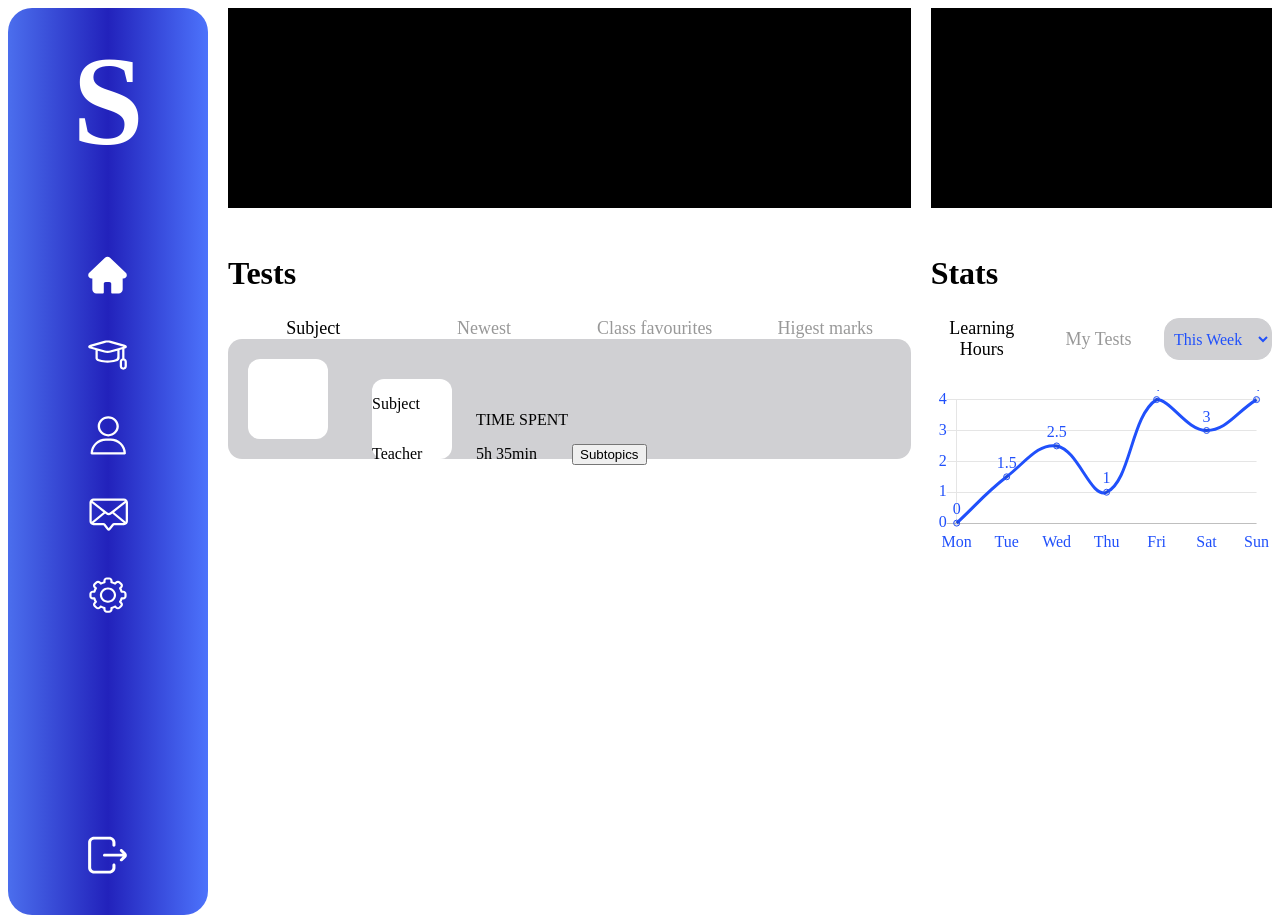
Repository: rafalzacher1/smartify-interface
Page: home.html
These files come from the project's save history. The page is drawn as it stood at one moment and after the next save; the edit follows.
The browser window is 1280 px wide. The pictures show the whole page.
Some web fonts or font styles are not loaded; a fallback is used. Some web libraries are served in a nearby version.

Above is the page before, as saved 2022-06-30 04:24:55.

### home.html
<!DOCTYPE html>
<html lang="en">

<head>
    <link rel="stylesheet" href="./styles/home.css">
    <link rel="stylesheet" href="./styles/search.css">
    <link rel="stylesheet" href="./styles/tests.css">
    <link rel="stylesheet" href="./styles/navigation.css">
    <link rel="stylesheet" href="./styles/user-header.css">
    <link rel="stylesheet" href="./styles/stats.css">
    <script src="https://cdnjs.cloudflare.com/ajax/libs/Chart.js/2.4.0/Chart.min.js"></script>
    <link rel="stylesheet" href="./styles/graphs.css">
    <link href='https://fonts.googleapis.com/css?family=Baloo Bhai' rel='stylesheet'>
    <link href='https://fonts.googleapis.com/css?family=Baloo Bhai' rel='stylesheet'>
</head>

<body>
    <div id="main-container">
        <div id="navigation-container">
            <h1>S</h1>

            <nav id="navigation-options">
                <svg width="27" height="25" viewBox="0 0 27 25" fill="none" xmlns="http://www.w3.org/2000/svg">
                    <path
                        d="M25.5018 10.9867C25.5012 10.9862 25.5006 10.9856 25.5 10.985L14.8668 0.890976C14.4135 0.460518 13.8109 0.223389 13.17 0.223389C12.529 0.223389 11.9264 0.460329 11.473 0.890787L0.845318 10.9797C0.841738 10.9831 0.838158 10.9867 0.834579 10.9901C-0.0961545 11.8788 -0.0945635 13.3206 0.839153 14.207C1.26574 14.6122 1.82915 14.8469 2.43154 14.8714C2.456 14.8737 2.48066 14.8748 2.50552 14.8748H2.92932V22.3034C2.92932 23.7734 4.1892 24.9694 5.73803 24.9694H9.89809C10.3197 24.9694 10.6618 24.6449 10.6618 24.2444V18.4204C10.6618 17.7496 11.2365 17.204 11.9431 17.204H14.3968C15.1034 17.204 15.6782 17.7496 15.6782 18.4204V24.2444C15.6782 24.6449 16.02 24.9694 16.4419 24.9694H20.6019C22.1508 24.9694 23.4106 23.7734 23.4106 22.3034V14.8748H23.8036C24.4444 14.8748 25.047 14.6379 25.5006 14.2074C26.4353 13.3195 26.4357 11.8752 25.5018 10.9867V10.9867Z"
                        fill="white" />
                </svg>

                <svg width="29" height="22" viewBox="0 0 29 22" fill="none" xmlns="http://www.w3.org/2000/svg">
                    <path
                        d="M26.4228 13.5237V6.40629L26.734 6.31764C27.9305 5.97676 28.1816 5.39965 28.1816 4.97552C28.1816 4.55139 27.9304 3.97428 26.734 3.63356L16.4958 0.717713C15.8653 0.538127 15.0388 0.43924 14.1689 0.43924C13.299 0.43924 12.4726 0.538127 11.8419 0.717713L1.60382 3.63356C0.407257 3.97428 0.156067 4.55139 0.156067 4.97557C0.156067 5.3997 0.407202 5.97686 1.60376 6.31769L5.43281 7.4082V13.2841C5.43281 14.0138 5.93239 15.0416 8.31243 15.7947C9.88887 16.2936 11.9687 16.5683 14.1688 16.5683C16.3689 16.5683 18.4487 16.2936 20.0252 15.7947C22.4053 15.0415 22.9049 14.0138 22.9049 13.2841V7.40825L24.7806 6.87402V13.5237C23.7595 13.8501 23.0217 14.767 23.0217 15.8451V19.1846C23.0217 20.5351 24.179 21.6338 25.6017 21.6338C27.0242 21.6338 28.1816 20.5351 28.1816 19.1846V15.8451C28.1817 14.767 27.4439 13.8501 26.4228 13.5237ZM12.3137 2.21089C12.7886 2.07563 13.4647 1.9981 14.1689 1.9981C14.873 1.9981 15.5492 2.07563 16.024 2.21084L25.7315 4.97557L21.8438 6.08282C21.8416 6.08349 21.8394 6.08406 21.8372 6.08474L16.024 7.74036C15.5493 7.87556 14.8731 7.95309 14.169 7.95309C13.4649 7.95309 12.7886 7.87556 12.3138 7.74036L6.50073 6.08474C6.49849 6.08406 6.4963 6.08349 6.49405 6.08282L2.60639 4.97557L12.3137 2.21089ZM21.2629 11.2372C21.2629 13.3846 20.9647 13.8541 19.506 14.3157C18.0926 14.763 16.1971 15.0093 14.1689 15.0093C12.1406 15.0093 10.2452 14.763 8.83178 14.3157C7.37313 13.8541 7.07493 13.3845 7.07493 13.2841V7.87582L11.842 9.23348C12.4726 9.41307 13.299 9.51196 14.1689 9.51196C15.0388 9.51196 15.8652 9.41307 16.4959 9.23348L21.2629 7.87582V11.2372ZM26.5395 19.1845C26.5395 19.6754 26.1188 20.0748 25.6017 20.0748C25.0846 20.0748 24.6639 19.6755 24.6639 19.1845V15.845C24.6639 15.3541 25.0846 14.9546 25.6017 14.9546C26.1189 14.9546 26.5395 15.3541 26.5395 15.845V19.1845Z"
                        fill="white" />
                </svg>

                <svg width="24" height="26" viewBox="0 0 24 26" fill="none" xmlns="http://www.w3.org/2000/svg">
                    <path
                        d="M12.1698 0.827911C8.37379 0.827911 5.28546 3.75975 5.28546 7.36343C5.28546 10.9671 8.37379 13.899 12.1698 13.899C15.9659 13.899 19.0542 10.9671 19.0542 7.36343C19.0542 3.75975 15.9659 0.827911 12.1698 0.827911ZM12.1698 12.4466C9.21735 12.4466 6.81532 10.1663 6.81532 7.36343C6.81532 4.56057 9.21735 2.28025 12.1698 2.28025C15.1223 2.28025 17.5243 4.56057 17.5243 7.36343C17.5243 10.1663 15.1223 12.4466 12.1698 12.4466Z"
                        fill="white" />
                    <path
                        d="M20.7353 18.1686C18.8505 16.3518 16.3519 15.3513 13.6997 15.3513H10.64C7.98784 15.3513 5.48917 16.3518 3.60439 18.1686C1.72883 19.9765 0.695923 22.3628 0.695923 24.8883C0.695923 25.2894 1.03841 25.6145 1.46085 25.6145H22.8789C23.3013 25.6145 23.6438 25.2894 23.6438 24.8883C23.6438 22.3628 22.6109 19.9765 20.7353 18.1686ZM2.25944 24.1621C2.64267 20.043 6.25497 16.8036 10.64 16.8036H13.6997C18.0848 16.8036 21.6971 20.043 22.0803 24.1621H2.25944Z"
                        fill="white" />
                </svg>


                <svg width="27" height="23" viewBox="0 0 27 23" fill="none" xmlns="http://www.w3.org/2000/svg">
                    <path
                        d="M24.1913 0.381134H3.77551C2.23533 0.381134 0.9823 1.57067 0.9823 3.0328V15.7608C0.9823 17.223 2.23533 18.4125 3.77551 18.4125H10.353C10.4332 18.4125 10.5096 18.4491 10.5573 18.5105L12.957 21.5991C13.1975 21.9087 13.5678 22.0872 13.9729 22.089H13.979C14.3819 22.089 14.7514 21.9139 14.9937 21.608L17.4479 18.5087C17.4956 18.4484 17.5715 18.4124 17.6509 18.4124H24.1913C25.7315 18.4124 26.9845 17.2229 26.9845 15.7608V3.03276C26.9845 1.57063 25.7315 0.381134 24.1913 0.381134ZM25.4609 15.7608C25.4609 15.8747 25.4439 15.9848 25.4127 16.0892L17.5863 9.57636L25.4609 3.37251V15.7608ZM24.1913 1.8275C24.4235 1.8275 24.6413 1.88728 24.8287 1.99108L14.7964 9.8948C14.3265 10.265 13.6446 10.265 13.1747 9.8948L3.14064 1.98969C3.32753 1.88675 3.54433 1.8275 3.77551 1.8275H24.1913ZM2.55416 16.0892C2.52293 15.9848 2.50587 15.8747 2.50587 15.7608V3.36913L10.3826 9.57457L2.55416 16.0892ZM16.2301 17.6396L13.9808 20.4801L11.7834 17.6519C11.4498 17.2225 10.915 16.9661 10.3529 16.9661H3.81172L11.5698 10.5099L12.2017 11.0078C12.7186 11.415 13.3519 11.6185 13.9855 11.6185C14.6189 11.6185 15.2525 11.4148 15.7693 11.0078L16.399 10.5117L24.155 16.9661H17.6509C17.0952 16.9661 16.5641 17.2178 16.2301 17.6396Z"
                        fill="white" />
                </svg>

                <svg width="28" height="25" viewBox="0 0 28 25" fill="none" xmlns="http://www.w3.org/2000/svg">
                    <path
                        d="M14.8013 24.9227H13.1654C11.8422 24.9227 10.7657 23.9008 10.7657 22.6447V22.1193C10.2032 21.9486 9.65665 21.7333 9.13159 21.4753L8.73937 21.8477C7.7894 22.7506 6.2677 22.7241 5.34533 21.8473L4.18907 20.7497C3.26507 19.8735 3.23849 18.4294 4.18937 17.5277L4.58129 17.1556C4.30958 16.6571 4.08276 16.1384 3.90299 15.6043H3.34958C2.02648 15.6043 0.949951 14.5823 0.949951 13.3262V11.7731C0.949951 10.517 2.02648 9.4951 3.34963 9.4951H3.90304C4.08281 8.96103 4.30963 8.44223 4.58134 7.94378L4.18912 7.57148C3.2388 6.67028 3.26502 5.22602 4.18942 4.34942L5.34579 3.2517C6.2703 2.37283 7.79164 2.35089 8.73978 3.25199L9.13165 3.624C9.6567 3.3661 10.2032 3.15073 10.7658 2.98007V2.4547C10.7658 1.1986 11.8422 0.176666 13.1654 0.176666H14.8014C16.1245 0.176666 17.201 1.1986 17.201 2.4547V2.98012C17.7636 3.15073 18.3101 3.3661 18.8351 3.62405L19.2274 3.2517C20.1773 2.34876 21.699 2.37525 22.6214 3.25204L23.7777 4.34966C24.7017 5.22587 24.7283 6.66999 23.7774 7.57172L23.3854 7.94378C23.6572 8.44223 23.884 8.96098 24.0637 9.4951H24.6172C25.9403 9.4951 27.0168 10.517 27.0168 11.7731V13.3262C27.0168 14.5823 25.9403 15.6043 24.6172 15.6043H24.0637C23.884 16.1383 23.6572 16.6571 23.3854 17.1556L23.7777 17.5279C24.728 18.4291 24.7018 19.8734 23.7774 20.75L22.621 21.8477C21.6965 22.7266 20.1751 22.7485 19.227 21.8474L18.8351 21.4754C18.3101 21.7333 17.7636 21.9487 17.201 22.1193V22.6448C17.201 23.9008 16.1245 24.9227 14.8013 24.9227V24.9227ZM9.38692 19.9527C10.1163 20.3622 10.9014 20.6716 11.7203 20.8722C12.0575 20.9548 12.2931 21.2436 12.2931 21.5742V22.6447C12.2931 23.1013 12.6845 23.4727 13.1654 23.4727H14.8014C15.2824 23.4727 15.6737 23.1013 15.6737 22.6447V21.5742C15.6737 21.2436 15.9093 20.9548 16.2466 20.8722C17.0655 20.6716 17.8505 20.3622 18.5799 19.9527C18.8801 19.7842 19.2621 19.8301 19.5087 20.0641L20.3074 20.8224C20.6518 21.1497 21.2048 21.1421 21.5407 20.8227L22.6978 19.7243C23.0329 19.4066 23.0441 18.8815 22.6981 18.5535L21.899 17.7949C21.6525 17.5609 21.6042 17.1981 21.7817 16.9133C22.213 16.2208 22.5389 15.4756 22.7502 14.6981C22.8373 14.378 23.1414 14.1544 23.4897 14.1544H24.6172C25.0982 14.1544 25.4895 13.7829 25.4895 13.3263V11.7732C25.4895 11.3166 25.0982 10.9451 24.6172 10.9451H23.4897C23.1414 10.9451 22.8373 10.7214 22.7502 10.4013C22.5389 9.6239 22.213 8.87862 21.7817 8.18622C21.6042 7.90135 21.6525 7.53857 21.899 7.30454L22.6978 6.54626C23.0431 6.21886 23.0341 5.69397 22.6981 5.37541L21.5411 4.27707C21.2058 3.95827 20.6527 3.94894 20.3078 4.27678L19.5088 5.03535C19.2622 5.26942 18.88 5.31524 18.58 5.14675C17.8506 4.73724 17.0655 4.42786 16.2466 4.22724C15.9094 4.14464 15.6738 3.8559 15.6738 3.52526V2.4547C15.6738 1.99811 15.2824 1.62663 14.8014 1.62663H13.1655C12.6845 1.62663 12.2932 1.99811 12.2932 2.4547V3.52516C12.2932 3.8558 12.0576 4.14454 11.7203 4.22714C10.9014 4.42777 10.1164 4.73714 9.38697 5.14666C9.08679 5.3151 8.7047 5.26928 8.45818 5.03525L7.65948 4.27697C7.31511 3.94966 6.76205 3.95725 6.42619 4.27663L5.26911 5.37503C4.93401 5.69276 4.92281 6.21779 5.26881 6.54587L6.06787 7.30445C6.31438 7.53847 6.36265 7.90125 6.18522 8.18612C5.75385 8.87852 5.42801 9.62381 5.21667 10.4012C5.12961 10.7214 4.82547 10.945 4.47723 10.945H3.34963C2.86867 10.9451 2.47731 11.3165 2.47731 11.7731V13.3262C2.47731 13.7828 2.86867 14.1543 3.34963 14.1543H4.47718C4.82547 14.1543 5.12956 14.378 5.21662 14.6981C5.42796 15.4755 5.75385 16.2208 6.18517 16.9132C6.3626 17.1981 6.31433 17.5609 6.06782 17.7949L5.26906 18.5532C4.92378 18.8806 4.93279 19.4055 5.26876 19.724L6.42573 20.8224C6.76109 21.1412 7.31419 21.1505 7.65907 20.8226L8.45808 20.0641C8.63974 19.8917 9.01765 19.7454 9.38692 19.9527V19.9527Z"
                        fill="white" />
                    <path
                        d="M13.9834 17.9339C10.856 17.9339 8.31177 15.5185 8.31177 12.5497C8.31177 9.58082 10.856 7.16547 13.9834 7.16547C17.1107 7.16547 19.6549 9.58082 19.6549 12.5497C19.6549 15.5185 17.1107 17.9339 13.9834 17.9339ZM13.9834 8.61543C11.6982 8.61543 9.83912 10.3803 9.83912 12.5497C9.83912 14.719 11.6982 16.4839 13.9834 16.4839C16.2685 16.4839 18.1276 14.719 18.1276 12.5497C18.1276 10.3803 16.2685 8.61543 13.9834 8.61543Z"
                        fill="white" />
                </svg>


                <svg id="logout" width="27" height="26" viewBox="0 0 27 26" fill="none"
                    xmlns="http://www.w3.org/2000/svg">
                    <path
                        d="M18.5379 19.6672V21.6084C18.5379 23.7492 16.7034 25.4907 14.4484 25.4907H4.1734C1.91837 25.4907 0.0838623 23.7492 0.0838623 21.6084V4.52618C0.0838623 2.38541 1.91837 0.64386 4.1734 0.64386H14.4484C16.7034 0.64386 18.5379 2.38541 18.5379 4.52618V6.46734C18.5379 7.00343 18.0802 7.43792 17.5155 7.43792C16.9508 7.43792 16.4932 7.00343 16.4932 6.46734V4.52618C16.4932 3.45589 15.5758 2.58502 14.4484 2.58502H4.1734C3.04598 2.58502 2.12863 3.45589 2.12863 4.52618V21.6084C2.12863 22.6787 3.04598 23.5495 4.1734 23.5495H14.4484C15.5758 23.5495 16.4932 22.6787 16.4932 21.6084V19.6672C16.4932 19.1311 16.9508 18.6966 17.5155 18.6966C18.0802 18.6966 18.5379 19.1311 18.5379 19.6672ZM25.5083 11.4L23.2189 9.22667C22.8196 8.84753 22.1722 8.84753 21.773 9.22667C21.3736 9.60561 21.3736 10.2202 21.773 10.5991L23.4014 12.1452H11.1256C10.5609 12.1452 10.1032 12.5797 10.1032 13.1158C10.1032 13.6519 10.5609 14.0864 11.1256 14.0864H23.4014L21.773 15.6325C21.3736 16.0114 21.3736 16.626 21.773 17.005C21.9727 17.1945 22.2343 17.2893 22.4959 17.2893C22.7577 17.2893 23.0192 17.1945 23.2189 17.005L25.5083 14.8316C26.5049 13.8854 26.5049 12.3462 25.5083 11.4Z"
                        fill="white" />
                </svg>
            </nav>
        </div>

        <div id="user-header-container">

        </div>

        <div id="search-container">

        </div>

        <div id="tests-container">
            <div>
                <h2>Tests</h2>

                <div id="test-options">
                    <button id="subject-option" class="test-option" onclick="showSubjectTests()">Subject</button>
                    <button id="newest-option" class="test-option" onclick="showNewstTests()"
                        style="opacity: 0.4;">Newest</button>
                    <button id="favourites-option" class="test-option" onclick="showFavorites()"
                        style="opacity: 0.4;">Class favourites</button>
                    <button id="highest-marks-option" class="test-option" onclick="showHighestMarks()"
                        style="opacity: 0.4;">Higest marks</button>
                </div>

                <div class="class">
                    <div class="class-image">

                    </div>

                    <div class="class-info">
                        <p>Subject</p>
                        <p>Teacher</p>
                    </div>

                    <div class="class-time-spent">
                        <p>TIME SPENT</p>
                        <p>5h 35min</p>
                    </div>

                    <div class="class-subtopics">
                        <button>Subtopics</button>
                    </div>
                </div>
            </div>
        </div>

        <div id="stats-container">
            <div class="stats-options-container">
                <h2>Stats</h2>

                <div id="stats-options">
                    <button id="learning-hours-option" class="stat-option" onclick="showLearningHoursGraph()">Learning
                        Hours</button>
                    <button id="tests-option" class="stat-option" onclick="showTestsGraph()" style="opacity: 0.4;">My
                        Tests</button>

                    <select id="graphs">
                        <option value="week" onchange="">This Week</option>
                        <option value="month">This Month</option>
                    </select>
                </div>
            </div>

            <canvas id="learning-hours"></canvas>
            <canvas id="tests" style="display: none"></canvas>
        </div>
    </div>

    <script src="./scripts/learningHours.js"></script>
    <script src="./scripts/tests.js"></script>
</body>

<script src="./scripts/activeLinks.js">
</script>

</html>

### styles/home.css
#main-container {
    display: grid;
    grid-template-columns: 2fr 8fr 4fr;
    grid-template-rows: 200px 200px 200px;
    gap: 20px;
}

### styles/search.css
#search-container {
    grid-column: 3;
    grid-row: 1;
    background-color: black;
}

### styles/tests.css
#tests-container {
  grid-column: 2;
  grid-row: 2 / 5;
}

#tests-container h2 {
  font-family: "Baloo Bhai";
  font-size: 32px;
}

#test-options {
  display: flex;
  justify-content: space-between;
  font-family: "Baloo Bhai";
  font-size: 16px;
}

.test-option,
input[type="submit"],
input[type="reset"] {
  background: none;
  color: inherit;
  border: none;
  padding: 0;
  font: inherit;
  cursor: pointer;
  outline: inherit;
  width: 30%;
  font-family: "Baloo Bhai";
  font-size: 18px;
}

.class {
  background-color: #d0d0d3;
  height: 120px;
  width: 100%;
  border-radius: 14px;
  position: relative;
}

.class-image {
  display: inline-block;
  background-color: #ffffff;
  width: 80px;
  height: 80px;
  margin: 20px;
  border-radius: 12px;
}

.class-info {
  /* display: inline-block;
  text-align: center;
  margin: 20px; */
  display: inline-block;
  background-color: #ffffff;
  width: 80px;
  height: 80px;
  margin: 20px;
  border-radius: 12px;
}

.class-info p {
    display: inline-block;
}

.class-time-spent {
  display: inline-block;
}

.class-subtopics {
  display: inline-block;
}

### styles/navigation.css
#navigation-container {
  font-family: "Baloo Bhai";
  font-size: 26px;
  background: rgb(32, 80, 251);
  background: linear-gradient(
    90deg,
    rgba(30, 74, 233, 0.8) 0%,
    rgba(10, 10, 180, 0.9) 50%,
    rgba(32, 80, 251, 0.8) 100%
  );
  border-radius: 24px;
  width: 200px;
  height: 100%;
  text-align: center;
  display: inline-block;
  grid-column: 1;
  grid-row: 1 / 5;
}

#navigation-container h1 {
  font-family: "Baloo Bhai";
  font-size: 128px;
  color: #ffffff;
  margin: 0;
  padding-top: 20px;
  padding-bottom: 60px;
}

#navigation-options svg {
  margin-left: auto;
  margin-right: auto;
  display: block;
  padding: 20px;
  height: 40px;
  width: 40px;
}

#navigation-options svg:hover {
  opacity: 0.4;
}

#logout {
  margin-top: 180px;
  margin-bottom: 20px;
}

### styles/user-header.css
#user-header-container {
    grid-column: 2;
    grid-row: 1;
    background-color: black;
}

### styles/stats.css
#stats-container {
    grid-column: 3;
    grid-row: 2 / 4;
}

### styles/graphs.css
.stats-container {
  position: relative;
  width: 40vw;
}

.stats-options-container {
    margin-bottom: 30px;
}

.stats-options-container h2 {
  font-family: "Baloo Bhai";
  font-size: 32px;
}

#stats-options {
  display: flex;
  justify-content: space-between;
  font-family: "Baloo Bhai";
  font-size: 16px;
}

.stat-option,
input[type="submit"],
input[type="reset"] {
  background: none;
  color: inherit;
  border: none;
  padding: 0;
  font: inherit;
  cursor: pointer;
  outline: inherit;
  width: 30%;
  font-family: "Baloo Bhai";
  font-size: 18px;
}

#graphs select {
  font-family: "Baloo Bhai";
  font-size: 26px;
  border: 1px solid #D0D0D3;
}
#graphs {
  font-family: "Baloo Bhai";
  font-size: 16px;
  color: #2050FB;
  padding: 5px;
  border: 1px solid #D0D0D3;
  border-radius: 15px;
  overflow: hidden;
  background: #D0D0D3;
}

#tests {
  width: 80%;
}

### scripts/learningHours.js
// if (document.getElementById("graphs").value == "week") {
//   var dt = new Date();
//   var month = dt.getMonth();
//   var year = dt.getFullYear();
//   console.log(new Date(year, month + 1, 0).getDate());
// }

// if (document.getElementById("graphs").value == "month") {
//   console.log("test");
// }

// Data define for bar chart
var learningData = {
  labels: ["Mon", "Tue", "Wed", "Thu", "Fri", "Sat", "Sun"],
  datasets: [
    {
      fill: false,
      borderColor: "#2050FB",
      data: [0, 1.5, 2.5, 1, 4, 3, 4],
    },
  ],
};
// Options to display value on top of bars
var learningOption = {
  legend: { display: false },
  scales: {
    xAxes: [
      {
        ticks: {
          fontColor: "#2050FB",
          fontSize: 16,
          fontFamily: "Baloo Bhai",
          stepSize: 1,
          beginAtZero: true,
        },
        gridLines: {
          display: false,
        },
      },
    ],
    yAxes: [
      {
        ticks: {
          fontColor: "#2050FB",
          fontSize: 16,
          fontFamily: "Baloo Bhai",
          stepSize: 1,
          beginAtZero: true,
        },
      },
    ],
  },
  tooltips: {
    enabled: true,
  },
  animation: {
    onComplete: function () {
      var chartInstance = this.chart,
        ctx = chartInstance.ctx;
      ctx.textAlign = "center";
      ctx.fillStyle = "#2050FB";
      ctx.textBaseline = "bottom";
      this.data.datasets.forEach(function (dataset, i) {
        var meta = chartInstance.controller.getDatasetMeta(i);
        meta.data.forEach(function (bar, index) {
          var data = dataset.data[index];
          ctx.fillText(data, bar._model.x, bar._model.y - 5);
        });
      });
    },
  },
};

//Code to drow Chart
var ctx = document.getElementById("learning-hours").getContext("2d");
var LearningHoursChar = new Chart(ctx, {
  type: "line", // Define chart type
  data: learningData, // Chart data
  options: learningOption, // Chart Options [This is optional paramenter use to add some extra things in the chart].
});

### scripts/activeLinks.js
function showLearningHoursGraph() {
    document.getElementById("learning-hours-option").style.opacity = 1;
    document.getElementById("tests-option").style.opacity = 0.4;

    document.getElementById("learning-hours").style.display = "block";
    document.getElementById("tests").style.display = "none";
}

function showTestsGraph() {
    document.getElementById("learning-hours-option").style.opacity = 0.4;
    document.getElementById("tests-option").style.opacity = 1;

    document.getElementById("learning-hours").style.display = "none";
    document.getElementById("tests").style.display = "block";
}

function showSubjectTests() {
    document.getElementById("subject-option").style.opacity=1;

    document.getElementById("newest-option").style.opacity=0.4;
    document.getElementById("favourites-option").style.opacity=0.4;
    document.getElementById("highest-marks-option").style.opacity=0.4;
}

function showNewstTests() {
    document.getElementById("newest-option").style.opacity=1;

    document.getElementById("subject-option").style.opacity=0.4;
    document.getElementById("favourites-option").style.opacity=0.4;
    document.getElementById("highest-marks-option").style.opacity=0.4;
}

function showFavorites() {
    document.getElementById("favourites-option").style.opacity=1;

    document.getElementById("newest-option").style.opacity=0.4;
    document.getElementById("subject-option").style.opacity=0.4;
    document.getElementById("highest-marks-option").style.opacity=0.4;
}

function showHighestMarks() {
    document.getElementById("highest-marks-option").style.opacity=1;

    document.getElementById("newest-option").style.opacity=0.4;
    document.getElementById("favourites-option").style.opacity=0.4;
    document.getElementById("subject-option").style.opacity=0.4;
}

Loaded but not shown: scripts/tests.js (no copy from this time; the picture is the same without it)

After the next save:
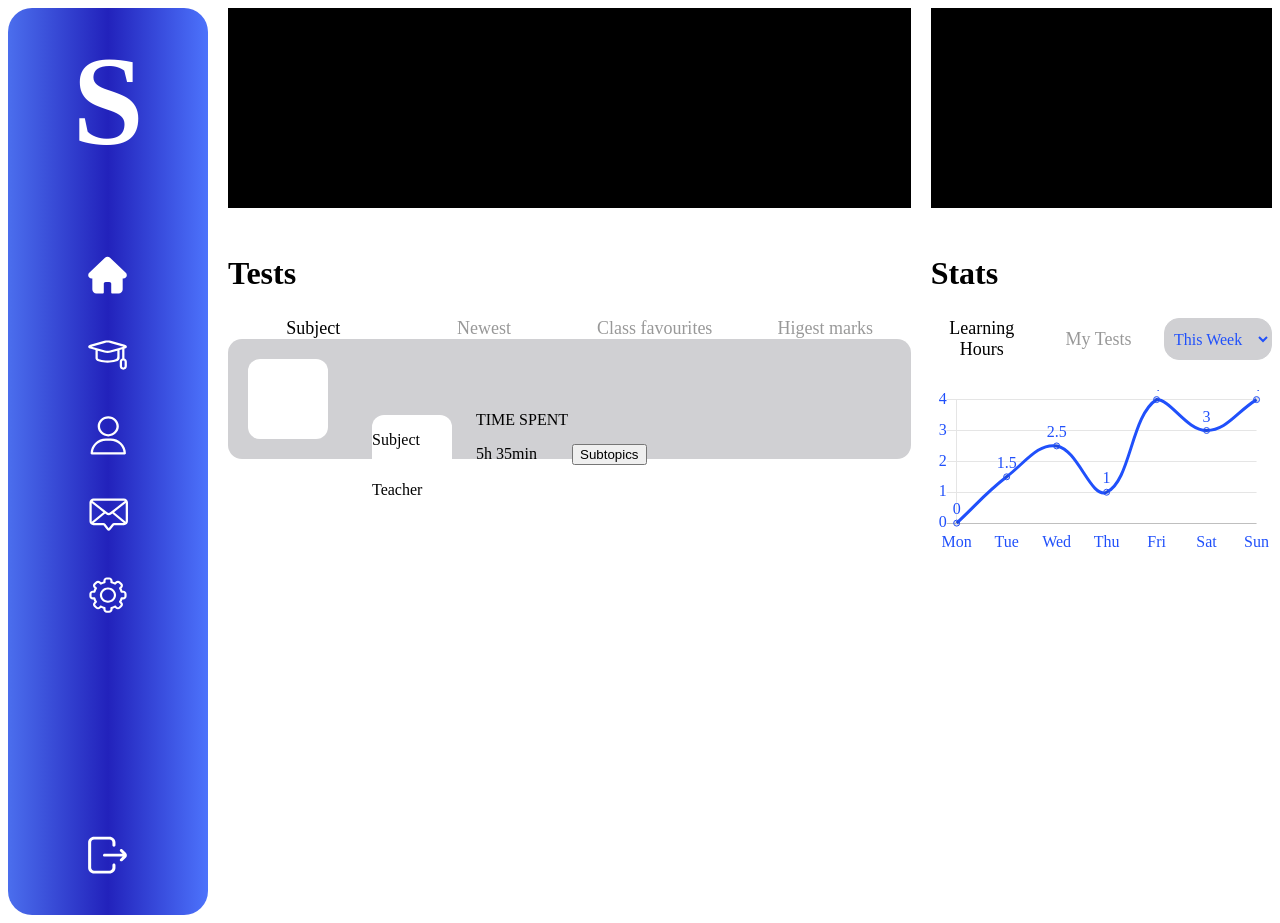
Saved 65 s later.
--- a/styles/tests.css
+++ b/styles/tests.css
@@ -57,6 +57,8 @@ input[type="reset"] {
   height: 80px;
   margin: 20px;
   border-radius: 12px;
+  vertical-align: middle;
+        line-height: normal;
 }
 
 .class-info p {
